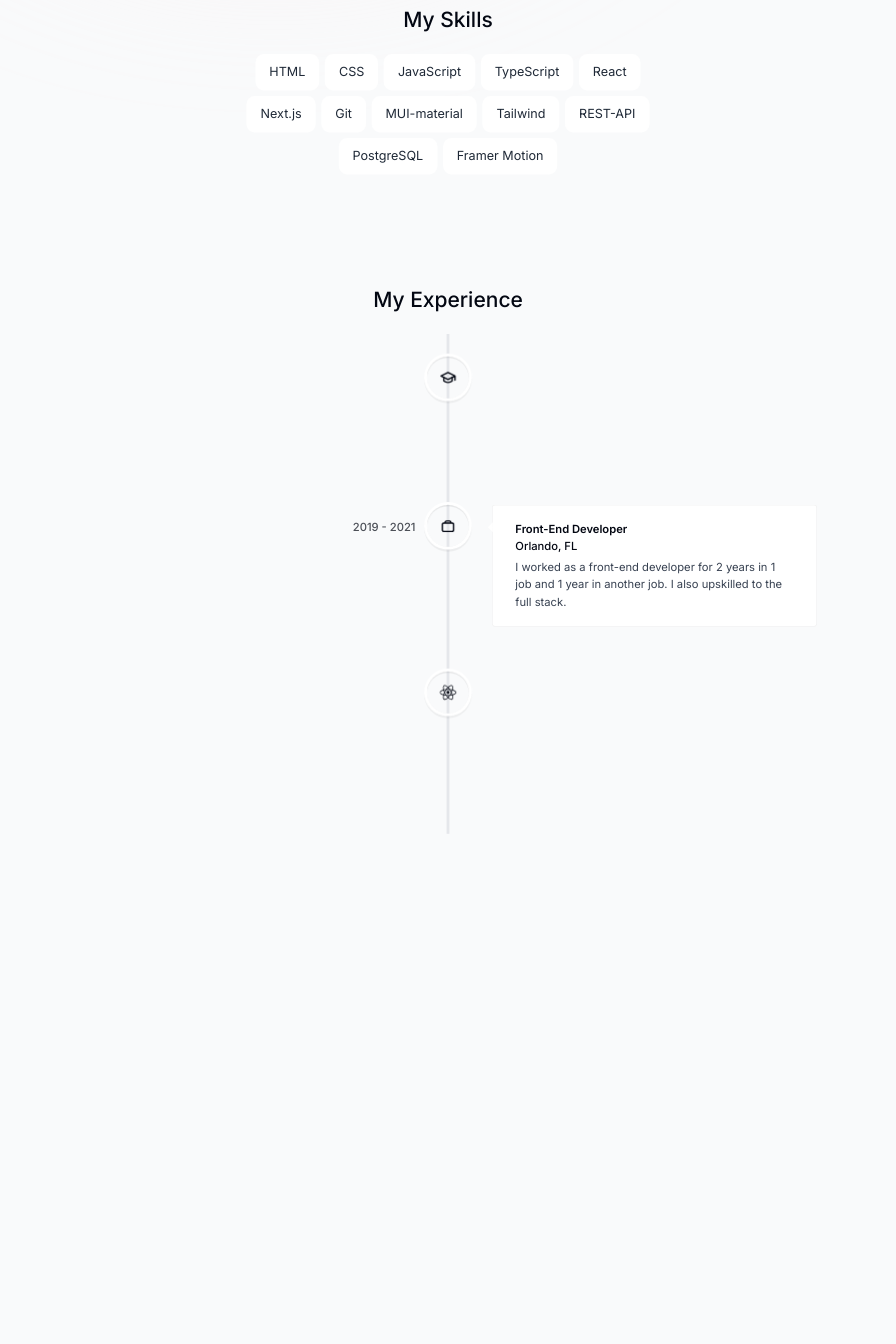
Repository: Tracy-maker/portfolio_website
Page: /
An editor plug-in stored every save of this project. The page is shown before and after the next save, followed by the edit.
The browser window is 1280 px wide. The pictures show the part of the page from y = 2613 to 4533 px (the page is 5000 px tall), at 70% of full size.
The project was rebuilt for these pictures with package versions that can differ from the ones it lists, and the page was loaded fresh each time. The framework's server and built-in components were replaced by stand-ins that run in the browser. Also part of the build but not shown: next.config.js.

Above is the page before, as saved 2023-10-09 13:57:18.

After the next save:
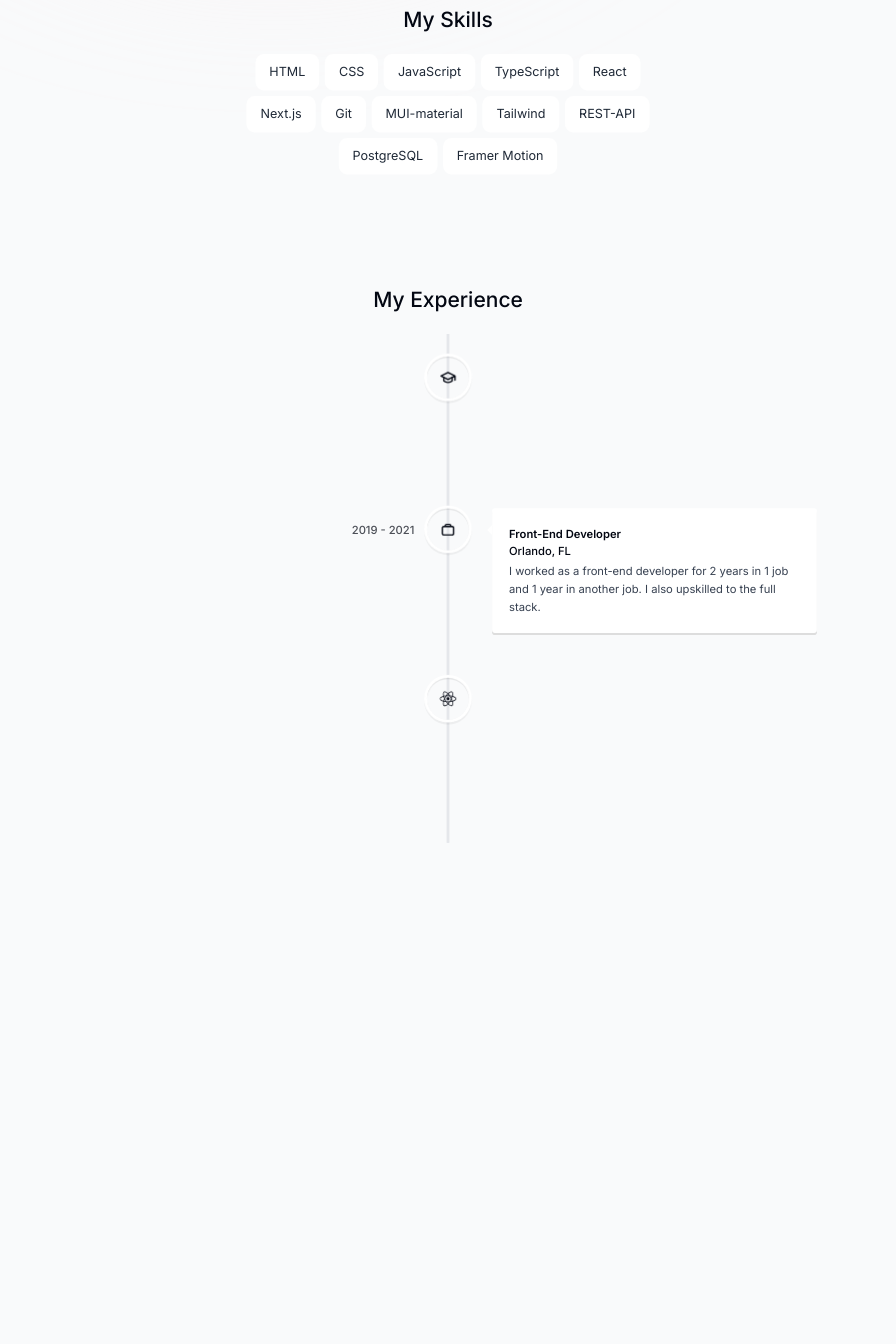
Saved 6 min 40 s later.
--- a/components/experience.tsx
+++ b/components/experience.tsx
@@ -24,16 +24,16 @@ export default function Experience() {
                 // background:
                 //   theme === "light" ? "#f3f4f6" : "rgba(255, 255, 255, 0.05)",
 
-                boxShadow: "none",
-                border: "1px solid rgba(0, 0, 0, 0.05)",
-                textAlign: "left",
-                padding: "1.3rem 2rem",
+                // boxShadow: "none",
+                // border: "1px solid rgba(0, 0, 0, 0.05)",
+                // textAlign: "left",
+                // padding: "1.3rem 2rem",
               }}
               contentArrowStyle={
                 {
                   // borderRight:
                   //   theme === "light"
-                  //     ? "0.4rem solid #9ca3af"
+                  //    ? "0.4rem solid #9ca3af"
                   //     : "0.4rem solid rgba(255, 255, 255, 0.5)",
                 }
               }
@@ -42,7 +42,7 @@ export default function Experience() {
               iconStyle={{
                 // background:
                 //   theme === "light" ? "white" : "rgba(255, 255, 255, 0.15)",
-                fontSize: "1.5rem",
+             //   fontSize: "1.5rem",
               }}
             >
               <h3 className="font-semibold capitalize">{item.title}</h3>
